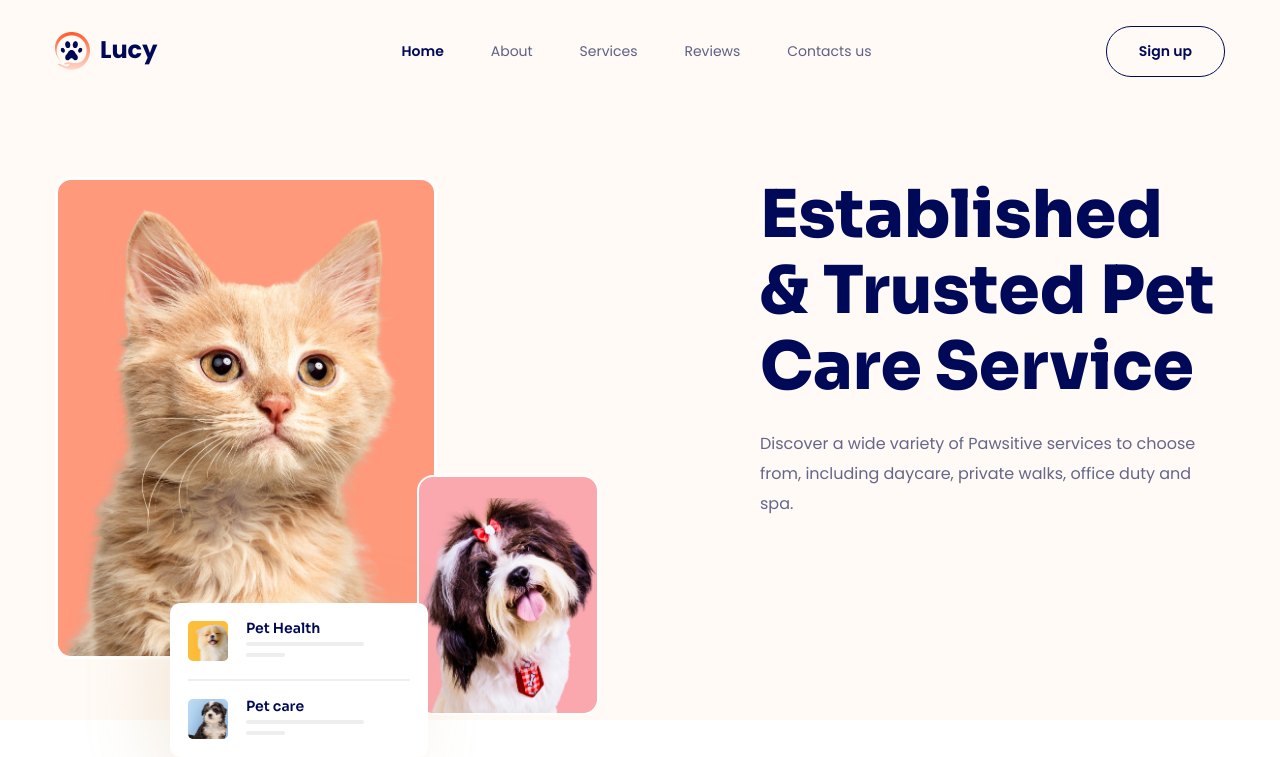
Repository: Cuongquaidan/F8projeact-04
Page: index.html
These files come from the project's save history. The page is drawn as it stood at one moment and after the next save; the edit follows.
The browser window is 1280 px wide. The pictures show the whole page.

Above is the page before, as saved 2023-04-15 09:54:33.

### index.html
<!DOCTYPE html>
<html lang="en">
    <head>
        <meta charset="UTF-8" />
        <meta http-equiv="X-UA-Compatible" content="IE=edge" />
        <meta name="viewport" content="width=device-width, initial-scale=1.0" />
        <title>F8project-4</title>
        <!-- reset css -->
        <link rel="stylesheet" href="./asset/css/reset.css" />
        <!-- font -->
        <link rel="preconnect" href="https://fonts.googleapis.com" />
        <link rel="preconnect" href="https://fonts.gstatic.com" crossorigin />
        <link
            href="https://fonts.googleapis.com/css2?family=Poppins:ital,wght@0,200;0,300;0,400;0,500;0,600;0,700;0,800;0,900;1,100;1,200;1,300;1,400;1,500;1,600;1,700;1,800;1,900&family=Sora:wght@100;200;300;400;500;600;700;800&display=swap"
            rel="stylesheet"
        />
        <!-- icon -->
        <link
            href="https://unpkg.com/boxicons@2.1.4/css/boxicons.min.css"
            rel="stylesheet"
        />

        <!-- styles -->
        <link rel="stylesheet" href="./asset/css/styles.css" />
        <link rel="stylesheet" href="./asset/css/responsive.css" />
    </head>
    <body>
        <div class="header">
            <div class="container">
                <a href="#" class="brand__link">
                    <div class="header__brand">
                        <img
                            src="./asset/img/logo.png"
                            alt="Lucy"
                            class="brand__img"
                        />
                        <span class="brand__name">Lucy</span>
                    </div>
                </a>
                <ul class="header__nav">
                    <li class="header__nav-item">
                        <a
                            href="#header"
                            class="nav-item__link nav-item--active"
                            >Home</a
                        >
                    </li>
                    <li class="header__nav-item">
                        <a href="#about" class="nav-item__link">About</a>
                    </li>
                    <li class="header__nav-item">
                        <a href="#services" class="nav-item__link">Services</a>
                    </li>
                    <li class="header__nav-item">
                        <a href="#reviews" class="nav-item__link">Reviews</a>
                    </li>
                    <li class="header__nav-item">
                        <a href="#contacts" class="nav-item__link"
                            >Contacts us</a
                        >
                    </li>
                </ul>
                <div class="header__action">
                    <button class="header__action-btn">Sign up</button>
                </div>
            </div>
            <div class="hero">
                <div class="container hero__container">
                    <div class="hero__cards">
                        <div class="cards__media">
                            <div class="cards__main-card">
                                <img src="./asset/img/pattern-1.svg" alt="pattern" class="main-card__decor">
                                <img
                                    src="./asset/img/conmeovang.png"
                                    alt="Meomeo"
                                    class="main-cards__img"
                                />
                                <img src="./asset/img/pattern-2.svg" alt="pattern" class="main-card__decor">
                            </div>
                            <div class="cards__sub-card">
                                <img
                                    src="./asset/img/conchohong.png"
                                    alt="Pets"
                                    class="sub-cards__img"
                                />
                            </div>
                        </div>
                        <div class="cards__info-card">
                            <div class="info-card__pet">
                                <div class="pet__bg-img"><img src="./asset/img/conchovang.png" alt="pets" class="pet__img"></img></div>
                                   <div class="info__inner-card">
                                    <p class="pet__title">Pet Health</p>
                                    <div class="pet__skeleton-long"></div>
                                    <div class="pet__skeleton-short"></div>
                                   </div>

                            </div>
                            <div class="seperate"></div>
                            <div class="info-card__pet">
                                <div class="pet__bg-img"> <img src="./asset/img/conchoxanh.png" alt="pets" class="pet__img"></img></div>
                                <div class="info__inner-card">
                                    <p class="pet__title">Pet care</p>
                                <div class="pet__skeleton-long"></div>
                                <div class="pet__skeleton-short"></div>
                                </div>
                            </div>
                        </div>
                    </div>
                    <section class="hero__contents">
                        <p class="hero__contents-title title">Established &
                            Trusted Pet
                            Care Service</p>
                        <p class="hero__contents-desc desc">
                            Discover a wide variety of Pawsitive services to choose from, including daycare, private walks, office duty and spa.
                        </p>
                    </section>
                </div>
            </div>
        </div>
        <script src="./app.js"></script>
    </body>
</html>

### asset/css/styles.css
* {
    box-sizing: border-box;
}
html {
    font-size: 62.5%;
}

:root {
    --primary-background-color: #fffaf5;
    --primary-font-tittle: "Sora", sans-serif;
    --primary-color: #000958;
}
body {
    font-size: 1.6rem;
    font-family: "Poppins", sans-serif;
}
/* comman */
input,
textarea,
select,
button {
    font-size: inherit;
    font-family: inherit;
}
a {
    text-decoration: none;
    color: #5e6085;
}
.container {
    width: 1170px;
    margin-left: auto;
    margin-right: auto;
    display: flex;
    text-align: center;
}
.title {
    color: var(--primary-color);
    font-family: "Sora", sans-serif;
    font-size: 5.2em;
    font-weight: 800;
    text-align: left;
}
.desc {
    font-weight: 400;
    font-size: 16px;
    line-height: 30px;
    text-align: left;
    color: #656689;
}
/* header */
.header {
    background-color: var(--primary-background-color);
    padding-top: 26px;
    height: 100vh;
    font-size: 1rem;
}

.header .container {
    justify-content: space-between;
}
.header__brand {
    display: flex;
    text-align: center;
    padding: 6px 0px;
}
.brand__img {
    width: 35px;
    height: auto;
    object-fit: cover;
}
.brand__name {
    color: var(--primary-color);
    font-size: 2.4em;
    font-weight: 700;
    padding: 6px 10px;
}
.header__nav {
    display: flex;
    width: 490px;
    justify-content: space-between;
    text-align: center;
}
.header__nav-item {
    padding: 18px 10px;
    font-size: 1.4em;
    color: #5e6085;
}
.nav-item--active {
    font-weight: 600;
    color: var(--primary-color);
}
.header__action-btn {
    font-size: 1.4em;
    font-weight: 600;
    padding: 14px 32px;
    border: 1px solid var(--primary-color);
    color: var(--primary-color);
    background-color: var(--primary-background-color);
    border-radius: 25px;
}
/* hero */
.hero {
    margin-top: 100px;
    font-size: 1rem;
}
.hero__container {
    display: grid;
    grid-template-columns: repeat(2, 1fr);
}
.hero__cards {
    position: relative;
}
.cards__media {
    display: flex;
    align-items: end;
}

.cards__main-card {
    position: relative;
    width: 382px;
    height: 482px;
    background-color: #fe997b;
    border: 3px solid white;
    border-radius: 16px;
}
.main-cards__img {
    position: absolute;
    bottom: 0;
    left: 0;
    max-width: 100%;
    border-radius: 16px;
}
.main-card__decor {
    position: absolute;
    z-index: -1;
    top: 17px;
    right: -35px;
}
.main-card__decor:nth-child(3) {
    position: absolute;
    top: auto;
    right: auto;
    bottom: 10px;
    left: -58px;
}

.cards__sub-card {
    position: relative;
    margin-left: -20px;
    transform: translateY(56px);
    width: 182px;
    height: 240px;
    background-color: #faa7ad;
    border: 2px solid white;
    border-radius: 16px;
}
.sub-cards__img {
    position: absolute;
    bottom: 0;
    left: 0;
    max-width: 100%;
    border-radius: 16px;
}
.cards__info-card {
    position: absolute;
    top: 426px;
    right: 212px;
    background-color: white;
    box-shadow: -17px 14px 68px -4px rgba(207, 174, 132, 0.25);
    border-radius: 10px;
}

.info-card__pet {
    display: flex;
}
.seperate {
    width: 222px;
    margin-left: 18px;
    margin-right: 18px;
    background-color: #eee;
    height: 2px;
    border-radius: 1px;
}
.pet__bg-img {
    background-color: #fdbf3d;
    margin: 18px;
    width: 40px;
    height: 40px;
    border-radius: 5px;
}
.info-card__pet:nth-child(3) .pet__bg-img {
    background-color: #bcdaf5;
}
.pet__img {
    width: 100%;
    border-radius: 5px;
}
.info__inner-card {
    margin-top: 18px;
    display: flex;
    flex-direction: column;
    align-items: start;
}
.pet__title {
    color: var(--primary-color);
    font-family: "Sora", sans-serif;
    font-size: 1.4em;
    font-weight: 600;
}
.pet__skeleton-long {
    margin-top: 7px;
    margin-bottom: 7px;
    background-color: #eee;
    border-radius: 3px;
    width: 118px;
    height: 4px;
}
.pet__skeleton-short {
    background-color: #eee;
    border-radius: 3px;
    width: 39px;
    height: 4px;
}
.hero__contents {
    padding-left: 120px;
}
.hero__contents-title {
    font-size: 6.6rem;
    line-height: 76px;
    margin-bottom: 24px;
}

Loaded but not shown: asset/css/reset.css (common file); app.js (no copy from this time; the picture is the same without it); asset/css/responsive.css (no stored copy; drawn as an empty file)

After the next save:
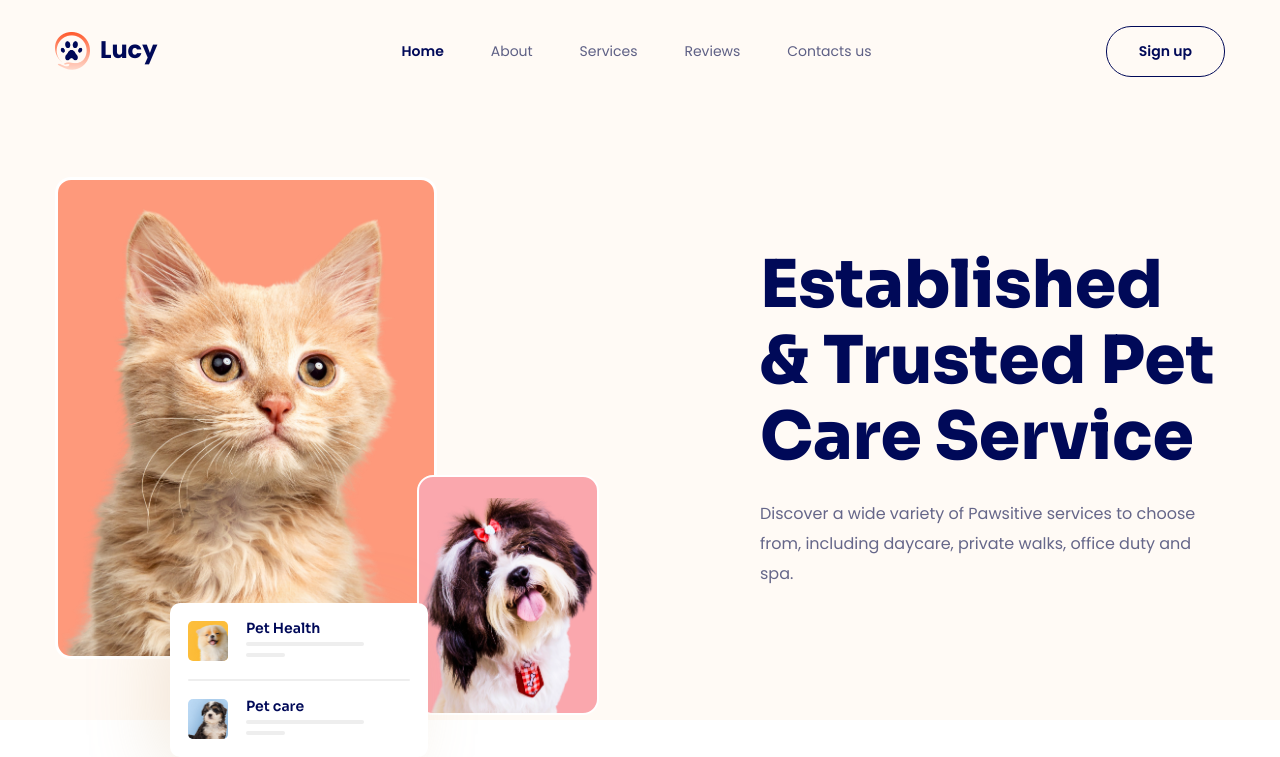
Saved 107 s later.
--- a/asset/css/styles.css
+++ b/asset/css/styles.css
@@ -222,6 +222,7 @@ a {
     height: 4px;
 }
 .hero__contents {
+    padding-top: 70px;
     padding-left: 120px;
 }
 .hero__contents-title {
